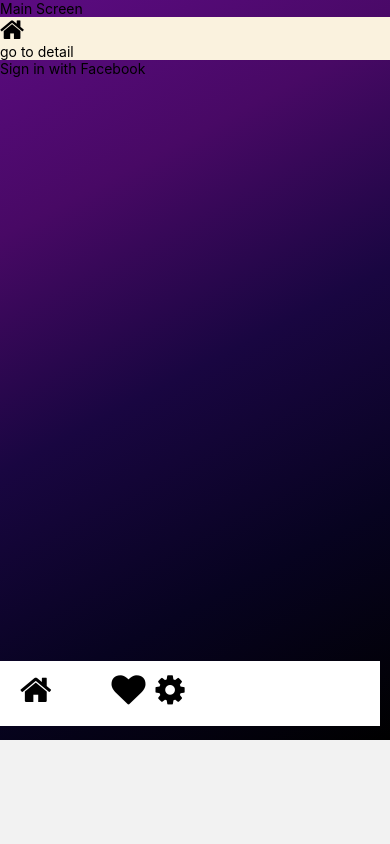
Repository: eyebone/barManager
Screen: /Main
These files come from the project's save history. The screen is drawn as it stood at one moment and after the next save; the edit follows.
The app was drawn by React Native's web renderer in a window 390 px wide. The project was rebuilt for these pictures with package versions that can differ from the ones it lists, and the page was loaded fresh each time. Also part of the build but not shown: components/EmojiPicker.js, components/Button.js, components/ImageViewer.js, components/circleButton.js, components/IconButton.js, view/ViewOne.js, view/Sign.js.

Above is the screen before, as saved 2023-06-27 09:05:42.

After the next save:
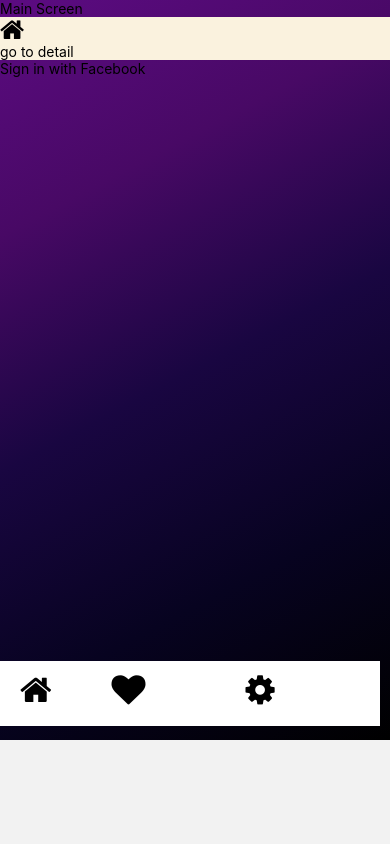
Saved 5 s later.
--- a/components/NavigationBar.js
+++ b/components/NavigationBar.js
@@ -42,7 +42,7 @@ export function NavigationBar({ navigation }) {
         <FontAwesome
           name="cog"
           size={34}
-          style={{ marginLeft: 10, marginTop: 12 }}
+          style={{ marginLeft: 100, marginTop: 12 }}
         ></FontAwesome>
       </Pressable>
     </View>
